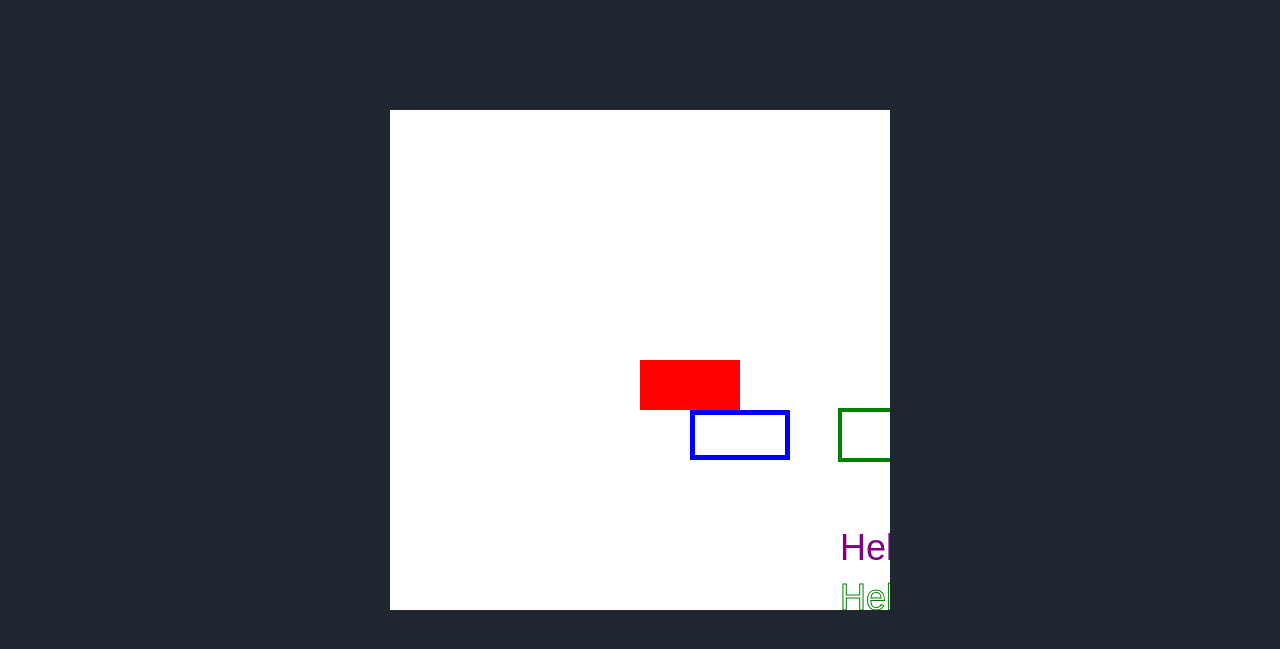
Repository: thecodeholic/cst-javascript-course
Page: /
The author's editor kept a copy of each file at every save. The page is drawn from the files as they stood at one save, then again after the next save.
The browser window is 1280 px wide. The pictures show the whole page.
The project was rebuilt for these pictures with package versions that can differ from the ones it lists, and the page was loaded fresh each time.

Above is the page before, as saved 2020-11-25 10:39:51.

After the next save:
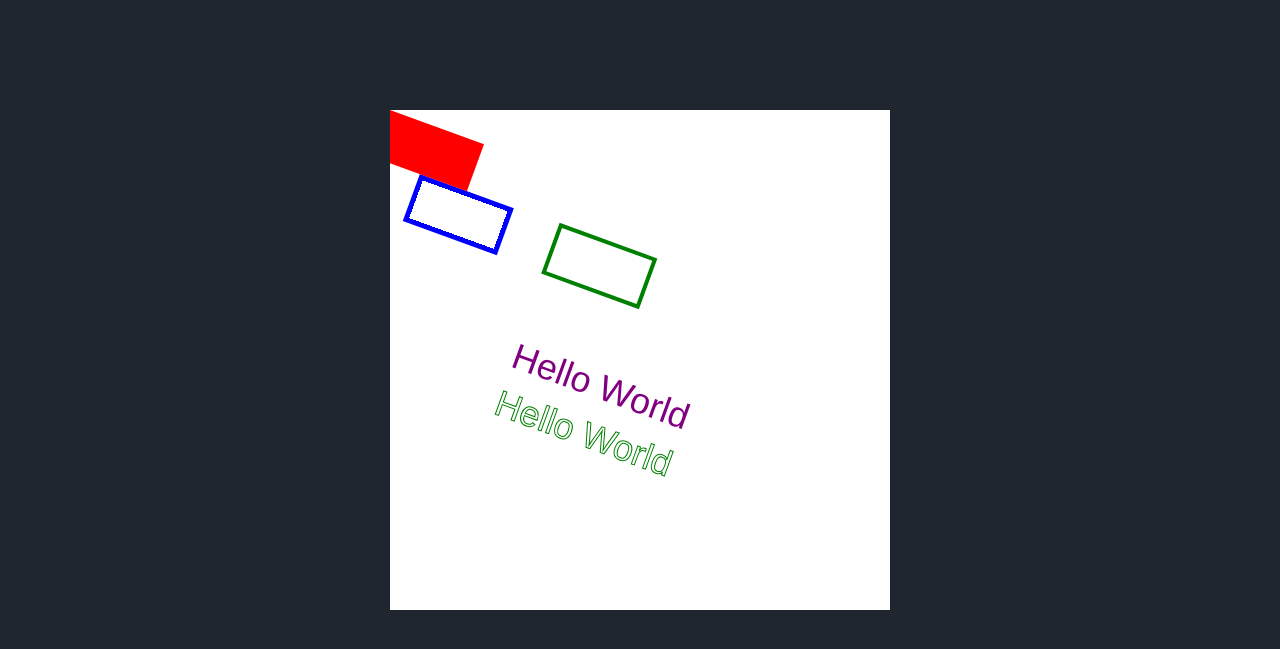
Saved 14 s later.
--- a/app.js
+++ b/app.js
@@ -9,8 +9,8 @@
 const canvas = document.getElementById('myCanvas');
 const ctx = canvas.getContext('2d');
 
-ctx.translate(canvas.width/2, canvas.height/2);
-// ctx.rotate(degToRad(20))
+// ctx.translate(canvas.width/2, canvas.height/2);
+ctx.rotate(degToRad(20))
 
 // Draw rectangles
 // =================
